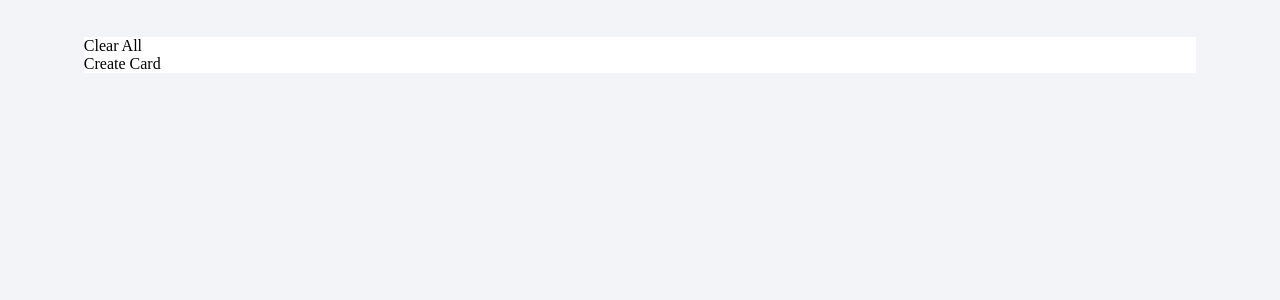
Repository: ReyhanehRahmani/TO-DO
Page: index.html
The author's editor kept a copy of each file at every save. The page is drawn from the files as they stood at one save, then again after the next save.
The browser window is 1280 px wide. The pictures show the whole page.

Above is the page before, as saved 2025-06-07 22:07:13.

### index.html
<!DOCTYPE html>

<html lang="en">

    <head>

        <meta name="viewport" content="width=device-width, initial-scale=1.0" />

        <title>TO-DO</title>

        <link rel="icon" type="image/jpg" href="favicon.png">

        <link rel="stylesheet" href="style.css">

    </head>
    <body>
        <div id="main-card">
            <div id="content">
                <div id="title"></div>
                <div id="description"></div>
                <div id="buttons">
                    <div id="clear">Clear All</div>
                    <div id="creat">Create Card</div>
                </div>
            </div>
        </div>
    </body>

### style.css
body{
    background-color: #F2F4F7;
}



#main-card{
    margin-left: 6%;
    margin-right: 6%;
    margin-top: 2.9%;
    background-color: #FFFFFF;

}

After the next save:
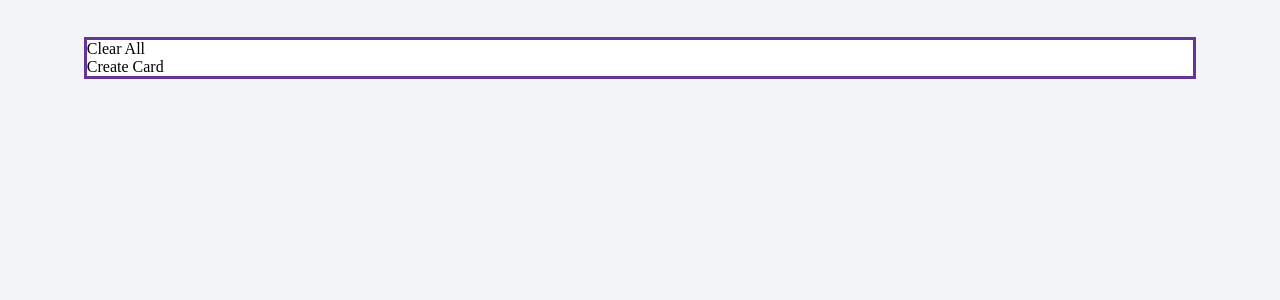
Saved 13 s later.
--- a/style.css
+++ b/style.css
@@ -9,5 +9,5 @@ body{
     margin-right: 6%;
     margin-top: 2.9%;
     background-color: #FFFFFF;
-
+    border: solid rebeccapurple;
 }
